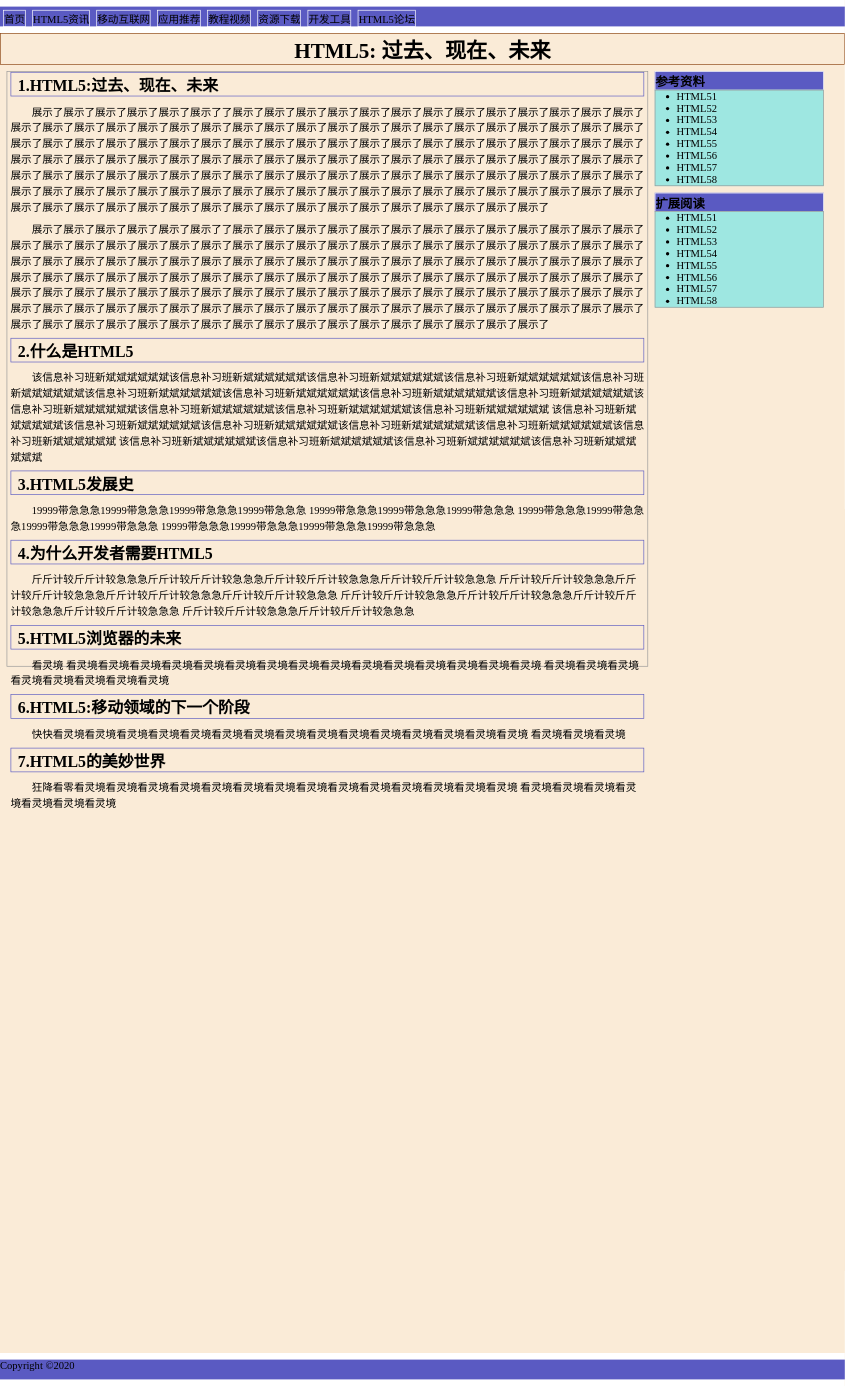
Repository: LstHeart/html-learning
Page: css/案例作业2.html
An editor plug-in stored every save of this project. The page is shown before and after the next save, followed by the edit.
The browser window is 1280 px wide. The pictures show the whole page, at 66% of full size.

Above is the page before, as saved 2021-01-05 22:35:07.

### css/案例作业2.html
<!DOCTYPE html>
<html lang="en">
<head>
    <meta charset="UTF-8">
    <meta name="viewport" content="width=device-width, initial-scale=1.0">
    <title>HTML5</title>
    <link rel="stylesheet" href="html5.css">
</head>
<body>
    <div class="header">
        <ul>
            <li>首页</li>
            <li>HTML5资讯</li>
            <li>移动互联网</li>
            <li>应用推荐</li>
            <li>教程视频</li>
            <li>资源下载</li>
            <li>开发工具</li>
            <li>HTML5论坛</li>
        </ul>
    </div>
    <div class="content">
        <h1>HTML5: 过去、现在、未来</h1>
        <div class="leftside">
            <h2>1.HTML5:过去、现在、未来</h2>
            <p>展示了展示了展示了展示了展示了展示了了展示了展示了展示了展示了展示了展示了展示了展示了展示了展示了展示了展示了展示了展示了展示了展示了展示了展示了展示了展示了展示了展示了展示了展示了展示了展示了展示了展示了展示了展示了展示了展示了展示了展示了展示了展示了展示了展示了展示了展示了展示了展示了展示了展示了展示了展示了展示了展示了展示了展示了展示了展示了展示了展示了展示了展示了展示了展示了展示了展示了展示了展示了展示了展示了展示了展示了展示了展示了展示了展示了展示了展示了展示了展示了展示了展示了展示了展示了展示了展示了展示了展示了展示了展示了展示了展示了展示了展示了展示了展示了展示了展示了展示了展示了展示了展示了展示了展示了展示了展示了展示了展示了展示了展示了展示了展示了展示了展示了展示了展示了展示了展示了展示了展示了展示了展示了展示了展示了展示了展示了展示了展示了展示了展示了展示了展示了展示了展示了展示了展示了</p>
            <p>展示了展示了展示了展示了展示了展示了了展示了展示了展示了展示了展示了展示了展示了展示了展示了展示了展示了展示了展示了展示了展示了展示了展示了展示了展示了展示了展示了展示了展示了展示了展示了展示了展示了展示了展示了展示了展示了展示了展示了展示了展示了展示了展示了展示了展示了展示了展示了展示了展示了展示了展示了展示了展示了展示了展示了展示了展示了展示了展示了展示了展示了展示了展示了展示了展示了展示了展示了展示了展示了展示了展示了展示了展示了展示了展示了展示了展示了展示了展示了展示了展示了展示了展示了展示了展示了展示了展示了展示了展示了展示了展示了展示了展示了展示了展示了展示了展示了展示了展示了展示了展示了展示了展示了展示了展示了展示了展示了展示了展示了展示了展示了展示了展示了展示了展示了展示了展示了展示了展示了展示了展示了展示了展示了展示了展示了展示了展示了展示了展示了展示了展示了展示了展示了展示了展示了展示了</p>
            <h2>2.什么是HTML5</h2>
            <p>该信息补习班新斌斌斌斌斌斌该信息补习班新斌斌斌斌斌斌该信息补习班新斌斌斌斌斌斌该信息补习班新斌斌斌斌斌斌该信息补习班新斌斌斌斌斌斌该信息补习班新斌斌斌斌斌斌该信息补习班新斌斌斌斌斌斌该信息补习班新斌斌斌斌斌斌该信息补习班新斌斌斌斌斌斌该信息补习班新斌斌斌斌斌斌该信息补习班新斌斌斌斌斌斌该信息补习班新斌斌斌斌斌斌该信息补习班新斌斌斌斌斌斌
                该信息补习班新斌斌斌斌斌斌该信息补习班新斌斌斌斌斌斌该信息补习班新斌斌斌斌斌斌该信息补习班新斌斌斌斌斌斌该信息补习班新斌斌斌斌斌斌该信息补习班新斌斌斌斌斌斌
                该信息补习班新斌斌斌斌斌斌该信息补习班新斌斌斌斌斌斌该信息补习班新斌斌斌斌斌斌该信息补习班新斌斌斌斌斌斌
            </p>
            <h2>3.HTML5发展史</h2>
            <p>19999带急急急19999带急急急19999带急急急19999带急急急
                19999带急急急19999带急急急19999带急急急
                19999带急急急19999带急急急19999带急急急19999带急急急
                19999带急急急19999带急急急19999带急急急19999带急急急
            </p>
            <h2>4.为什么开发者需要HTML5</h2>
            <p>斤斤计较斤斤计较急急急斤斤计较斤斤计较急急急斤斤计较斤斤计较急急急斤斤计较斤斤计较急急急
                斤斤计较斤斤计较急急急斤斤计较斤斤计较急急急斤斤计较斤斤计较急急急斤斤计较斤斤计较急急急
                斤斤计较斤斤计较急急急斤斤计较斤斤计较急急急斤斤计较斤斤计较急急急斤斤计较斤斤计较急急急
                斤斤计较斤斤计较急急急斤斤计较斤斤计较急急急
            </p>
            <h2>5.HTML5浏览器的未来</h2>
            <p>看灵境
                看灵境看灵境看灵境看灵境看灵境看灵境看灵境看灵境看灵境看灵境看灵境看灵境看灵境看灵境看灵境
                看灵境看灵境看灵境看灵境看灵境看灵境看灵境看灵境
            </p>
            <h2>6.HTML5:移动领域的下一个阶段</h2>
            <p>快快看灵境看灵境看灵境看灵境看灵境看灵境看灵境看灵境看灵境看灵境看灵境看灵境看灵境看灵境看灵境
                看灵境看灵境看灵境
            </p>
            <h2>7.HTML5的美妙世界</h2>
            <p>狂降看零看灵境看灵境看灵境看灵境看灵境看灵境看灵境看灵境看灵境看灵境看灵境看灵境看灵境看灵境
                看灵境看灵境看灵境看灵境看灵境看灵境看灵境
            </p>
        </div>
        <div class="rightside">
            <h3>参考资料</h3>
            <ul>
                <li>HTML51</li>
                <li>HTML52</li>
                <li>HTML53</li>
                <li>HTML54</li>
                <li>HTML55</li>
                <li>HTML56</li>
                <li>HTML57</li>
                <li>HTML58</li>
            </ul>
            <h3>扩展阅读</h3>
            <ul>
                <li>HTML51</li>
                <li>HTML52</li>
                <li>HTML53</li>
                <li>HTML54</li>
                <li>HTML55</li>
                <li>HTML56</li>
                <li>HTML57</li>
                <li>HTML58</li>
            </ul>
        </div>
    </div>
    <div class="footer">
        Copyright &copy;2020
    </div>
</body>
</html>

### css/html5.css
*{
    padding: 0;
    margin: 0;
}
li{
    list-style: none;
}
a{
    text-decoration: none;
}
.header{
    position: relative;
}
.header,.footer{
    height: 30px;
    background-color: #5a5ac2;
    margin: 10px auto;
}
.header li{
    float: left;
    margin:5px 5px;
    border:#fff solid 1px;
    overflow: hidden;
}
.content{
    background-color:antiquewhite;
    height: 2000px;
    margin: 10px auto;
    /* position: absolute; */
    overflow: hidden;
    /* overflow-wrap: break-word; */
}
.content h1{
    border: 1px saddlebrown solid;
    text-align: center;
    font-family: '黑体';
    margin-bottom: 10px;
}
.content .leftside,.rightside{
    float: left;
    height: 900px;
    /* width: 400px; */
    /* padding: 0 20px; */
}
.content .leftside{
    width: 75%;
    margin: 0 10px;
    padding: 0 5px;
    border: 1px solid rgb(151, 151, 151);
}
.content .rightside{
    width: 20%;
}
.content h2{
    border:#5a5ac2 1px solid;
    padding-left: 10px;
}
.content p{
    font-family: '楷体';
    text-indent: 2em;
    margin: 10px 0;
    /* line-height: 1; */
}
.content h3{
    font-family: '黑体';
    border: 1px solid #ffffff;
    background-color: #5a5ac2;
}
.content ul{
    background-color: #9ee7e1;
    /* margin:0 10px 0; */
    border: 1px solid rgb(151, 151, 151);
    margin-top: -1px;
    margin-bottom: 10px;
}
.content ul li{
    list-style:disc;
    margin-left: 2em;
}
.footer{

    margin: o auto;
}

After the next save:
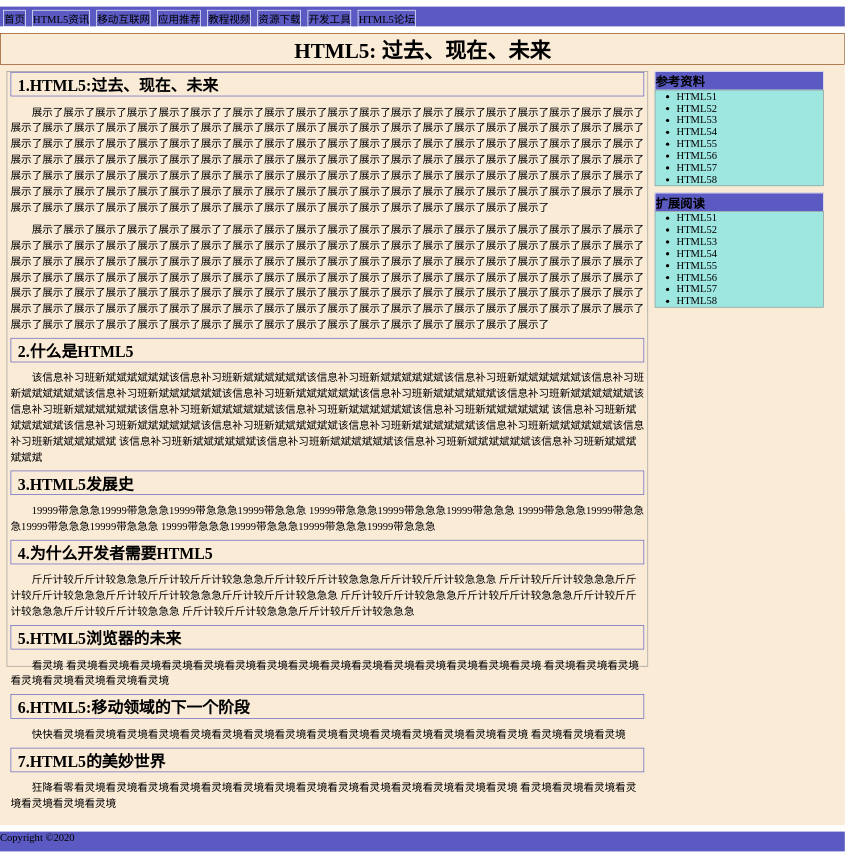
Saved 13 s later.
--- a/css/html5.css
+++ b/css/html5.css
@@ -24,7 +24,7 @@ a{
 }
 .content{
     background-color:antiquewhite;
-    height: 2000px;
+    height: 1200px;
     margin: 10px auto;
     /* position: absolute; */
     overflow: hidden;
